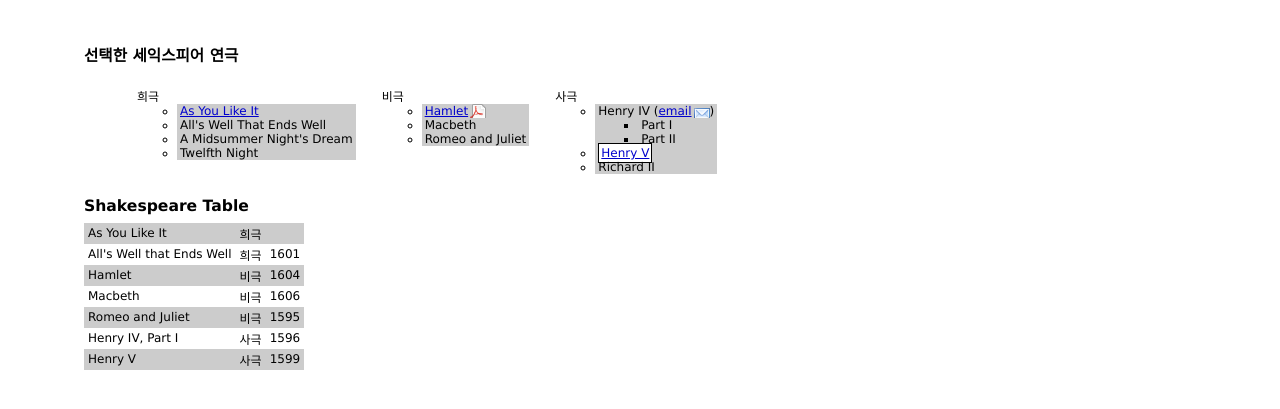
Repository: RyuJelly/211
Page: java_web/jQuery/WebContent/chap02/index.html
An editor plug-in stored every save of this project. The page is shown before and after the next save, followed by the edit.
The browser window is 1280 px wide. The pictures show the whole page.

Above is the page before, as saved 2021-03-15 05:13:48.

After the next save:
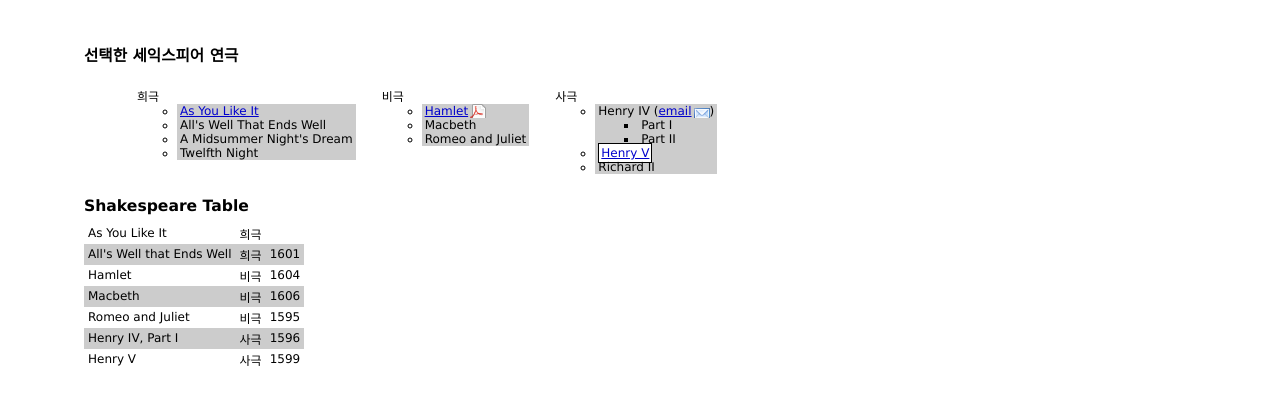
Saved 46 s later.
--- a/java_web/jQuery/WebContent/chap02/chapter2.js
+++ b/java_web/jQuery/WebContent/chap02/chapter2.js
@@ -8,6 +8,8 @@ $(function(){
 	//$('a[href *= henry]').not('.mailto').addClass('henrylink');
 
 	//$('tr:nth-child(2n)').addClass('alt');
-	//$('tr:odd').addClass('alt');	// 짝수번째
-	$('tr:nth-child(odd)').addClass('alt');		// 홀수번째
+	//$('tr:odd').addClass('alt');					// 짝수번째
+	//$('tr:nth-child(odd)').addClass('alt');		// 홀수번째
+	$('tr').filter(':odd').addClass('alt');
+
 });
